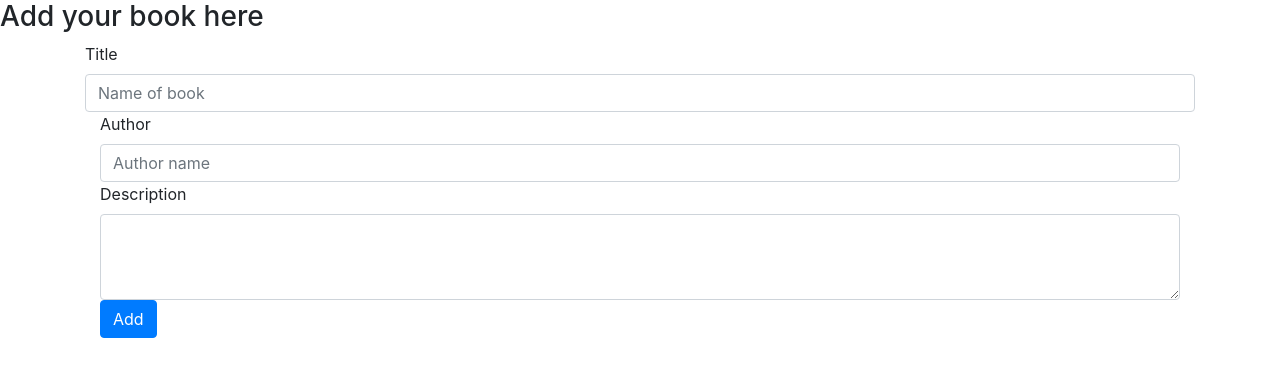
Repository: Aleksus81/Task1
Page: http://localhost/adb.php
The author's editor kept a record of every edit. The page is drawn from the files as they stood at one moment, then again after the next edit.
The browser window is 1280 px wide. The pictures show the whole page.
The page is run by PHP 8.4 with error messages shown; the project is at /var/www/html/.

Above is the page before.

### adb.php
<!doctype html>
<html lang="en">
  <head>
    <!-- Required meta tags -->
    <meta charset="utf-8">
    <meta name="viewport" content="width=device-width, initial-scale=1, shrink-to-fit=no">

    <!-- Bootstrap CSS -->
    <link rel="stylesheet" href="https://stackpath.bootstrapcdn.com/bootstrap/4.3.1/css/bootstrap.min.css" integrity="sha384-ggOyR0iXCbMQv3Xipma34MD+dH/1fQ784/j6cY/iJTQUOhcWr7x9JvoRxT2MZw1T" crossorigin="anonymous">

    <title>Hello, world!</title>
  </head>
  <body>
    <h3>Add your book here</h3>

    <form>
  <div class="container">
    <label for="exampleFormControlInput1">Title</label>
    <input type="email" class="form-control" id="exampleFormControlInput1" placeholder="Name of book">
  </div>
  <div class="container">
    <div class="container">
    <label for="exampleFormControlInput1">Author</label>
    <input type="email" class="form-control" id="exampleFormControlInput1" placeholder="Author name">
  </div>

  <div class="container">
    <label for="exampleFormControlTextarea1">Description</label>
    <textarea class="form-control" id="exampleFormControlTextarea1" rows="3"></textarea>
  </div>

  <div class="container">
    <button type="button" class="btn btn-primary">Add</button>
  </div>


</form>

    <!-- Optional JavaScript -->
    <!-- jQuery first, then Popper.js, then Bootstrap JS -->
    <script src="https://code.jquery.com/jquery-3.3.1.slim.min.js" integrity="sha384-q8i/X+965DzO0rT7abK41JStQIAqVgRVzpbzo5smXKp4YfRvH+8abtTE1Pi6jizo" crossorigin="anonymous"></script>
    <script src="https://cdnjs.cloudflare.com/ajax/libs/popper.js/1.14.7/umd/popper.min.js" integrity="sha384-UO2eT0CpHqdSJQ6hJty5KVphtPhzWj9WO1clHTMGa3JDZwrnQq4sF86dIHNDz0W1" crossorigin="anonymous"></script>
    <script src="https://stackpath.bootstrapcdn.com/bootstrap/4.3.1/js/bootstrap.min.js" integrity="sha384-JjSmVgyd0p3pXB1rRibZUAYoIIy6OrQ6VrjIEaFf/nJGzIxFDsf4x0xIM+B07jRM" crossorigin="anonymous"></script>
  </body>
</html>

After the next edit:
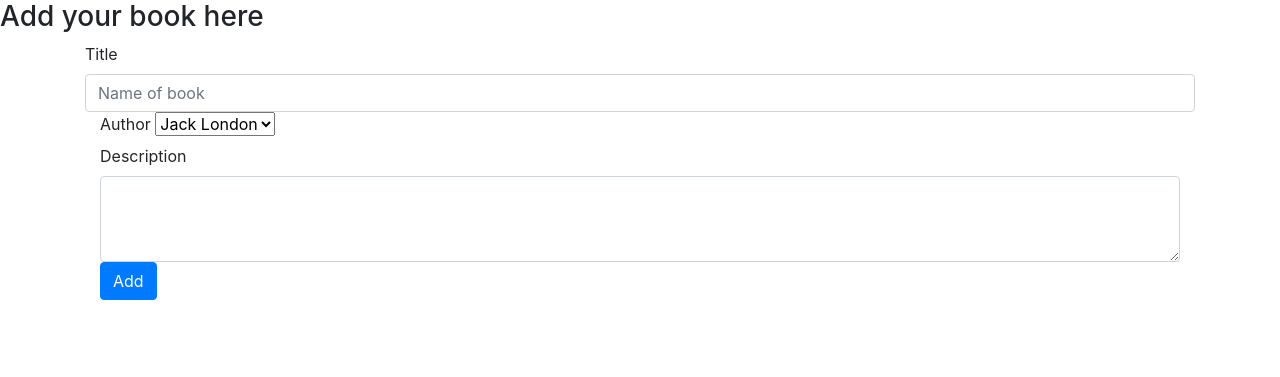
The edit:
--- a/adb.php
+++ b/adb.php
@@ -21,7 +21,12 @@
   <div class="container">
     <div class="container">
     <label for="exampleFormControlInput1">Author</label>
-    <input type="email" class="form-control" id="exampleFormControlInput1" placeholder="Author name">
+   <select name="author_id">
+
+     цикл
+
+     <option value="1">Jack London</option>
+   </select>
   </div>
 
   <div class="container">
